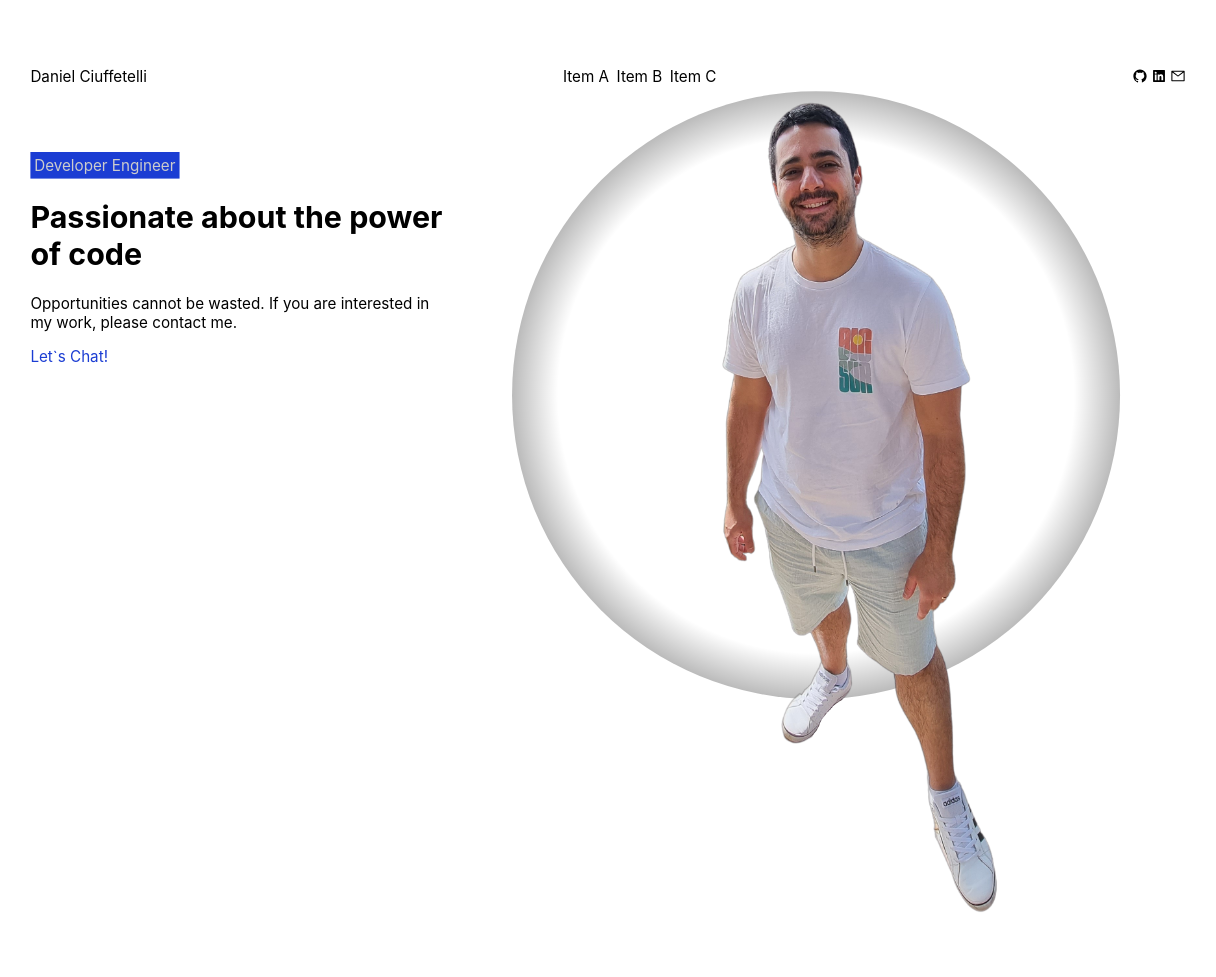
Repository: ciuffetelli/portfolio
Page: /
The author's editor kept a copy of each file at every save. The page is drawn from the files as they stood at one save, then again after the next save.
The browser window is 1280 px wide. The pictures show the whole page, at 95% of full size.
The project was rebuilt for these pictures with package versions that can differ from the ones it lists, and the page was loaded fresh each time. The framework's server and built-in components were replaced by stand-ins that run in the browser. Also part of the build but not shown: next.config.js.

Above is the page before, as saved 2022-12-04 16:39:35.

After the next save:
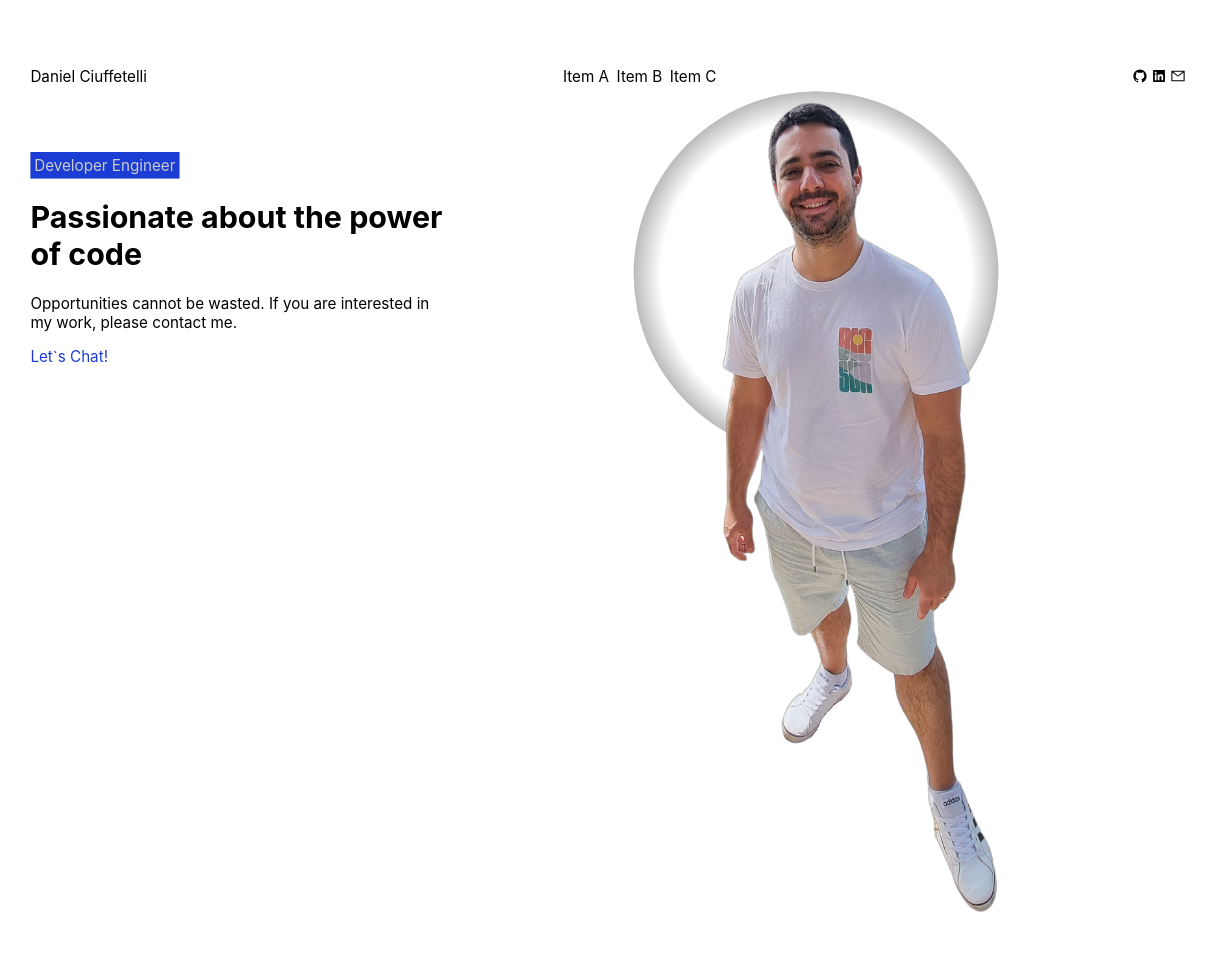
Saved 55 s later.
--- a/Components/Hero.tsx
+++ b/Components/Hero.tsx
@@ -53,8 +53,8 @@
     &::after {
         content: "";
         position: absolute;
-        width: 50vw;
-        height: 50vw;
+        width: 30vw;
+        height: 30vw;
         z-index: -1;
         margin: auto;
         border-radius: 50%;
